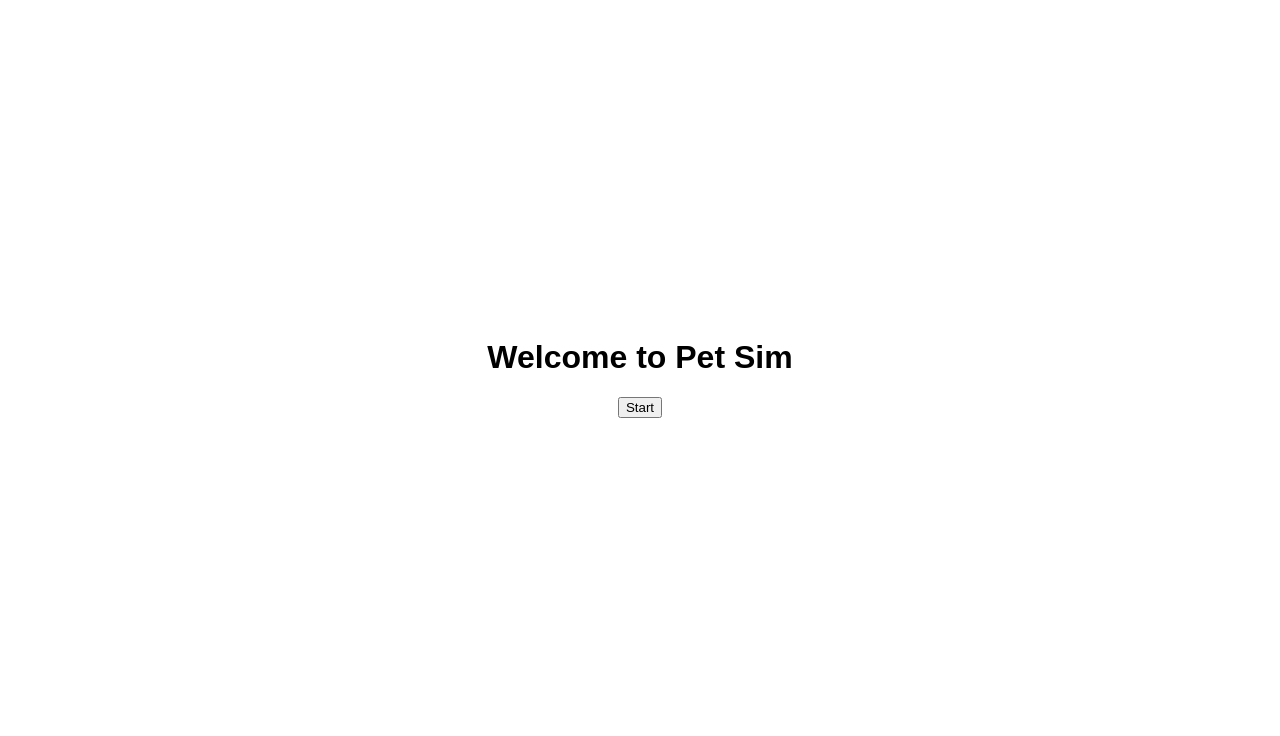
Repository: sarahjx/CapyCare
Page: landingpage.html
An editor plug-in stored every save of this project. The page is shown before and after the next save, followed by the edit.
The browser window is 1280 px wide. The pictures show the whole page.

Above is the page before, as saved 2025-04-18 00:15:27.

### landingpage.html
<!DOCTYPE html>
<html lang="en">
<head>
    <meta charset="UTF-8">
    <meta name="viewport" content="width=device-width, initial-scale=1.0">
    <title></title>
    <link rel="preconnect" href="https://fonts.googleapis.com">
    <link rel="preconnect" href="https://fonts.gstatic.com" crossorigin>
    <link href="https://fonts.googleapis.com/css2?family=Fredoka:wght@300..700&display=swap" rel="stylesheet">
    <link rel="stylesheet" href="styles.css">
</head>
<body>
    <div class="landing-page">
    <h1>Welcome to Pet Sim</h1>
    <button id="start-button">Start</button>
</div>
</body>
</html>

### styles.css
:root {
    --primary-color: #F9D9D9;
    --secondary-color: #D9E7F9;
    --tertiary-color: #FFF1FB;
    --accent-color: #F7EFD7;
    --spacing-xs: 0.5rem;
    --spacing-sm: 0.75rem;
    --spacing-md: 1rem;
    --spacing-lg: 1.5rem;
    --spacing-xl: 2rem;
    --spacing-xxl: 3rem;
    --font-family: 'Fredoka One', sans-serif;
    --font-size-xs: 0.75rem;
    --font-size-sm: 0.875rem;
    --font-size-md: 1rem;
    --font-size-lg: 1.125rem;
    --font-size-xl: 1.25rem;
    --font-size-xxl: 1.5rem;
}

/* landing page */
.landing-page {
    display: flex;
    flex-direction: column;
    align-items: center;
    justify-content: center;
    height: 100vh;
    background-image:
    color: var(--secondary-color);
    font-family: var(--font-family);
}

After the next save:
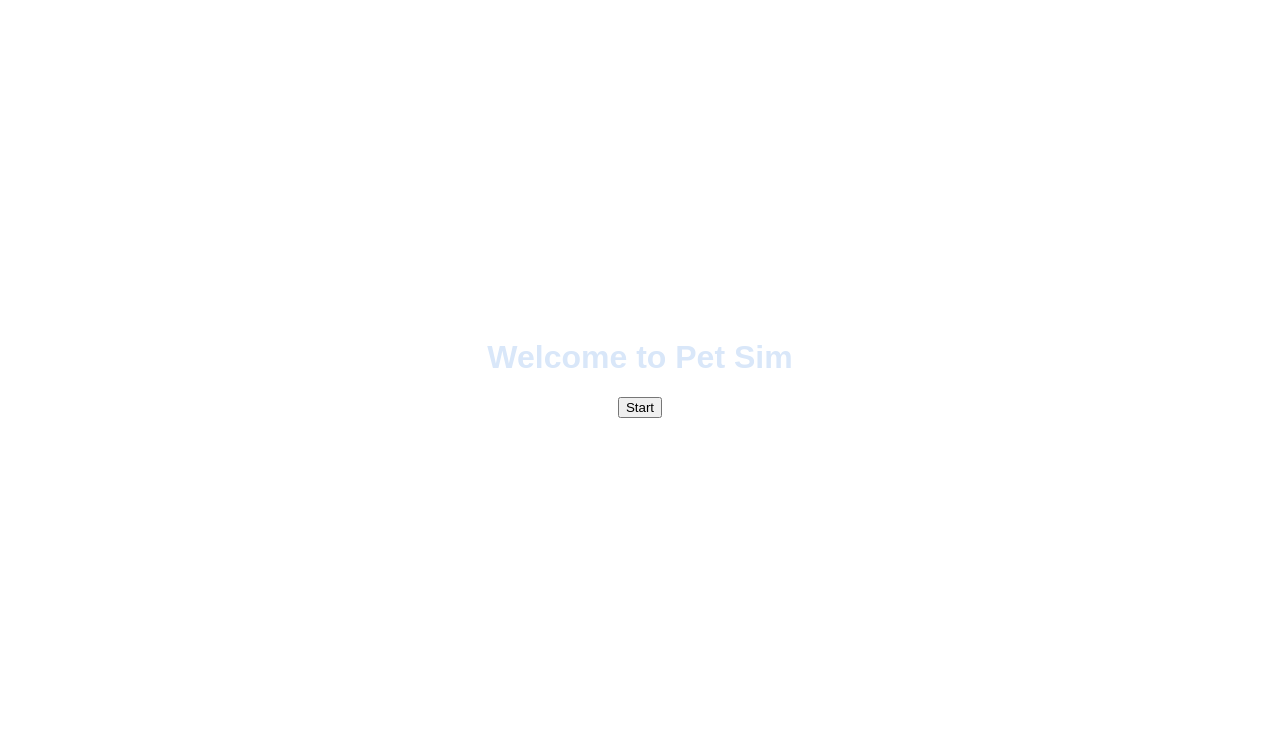
Saved 8 s later.
--- a/styles.css
+++ b/styles.css
@@ -25,7 +25,7 @@
     align-items: center;
     justify-content: center;
     height: 100vh;
-    background-image:
+    background-image: landing-page.jpg;
     color: var(--secondary-color);
     font-family: var(--font-family);
 }

After the 4 saves that followed:
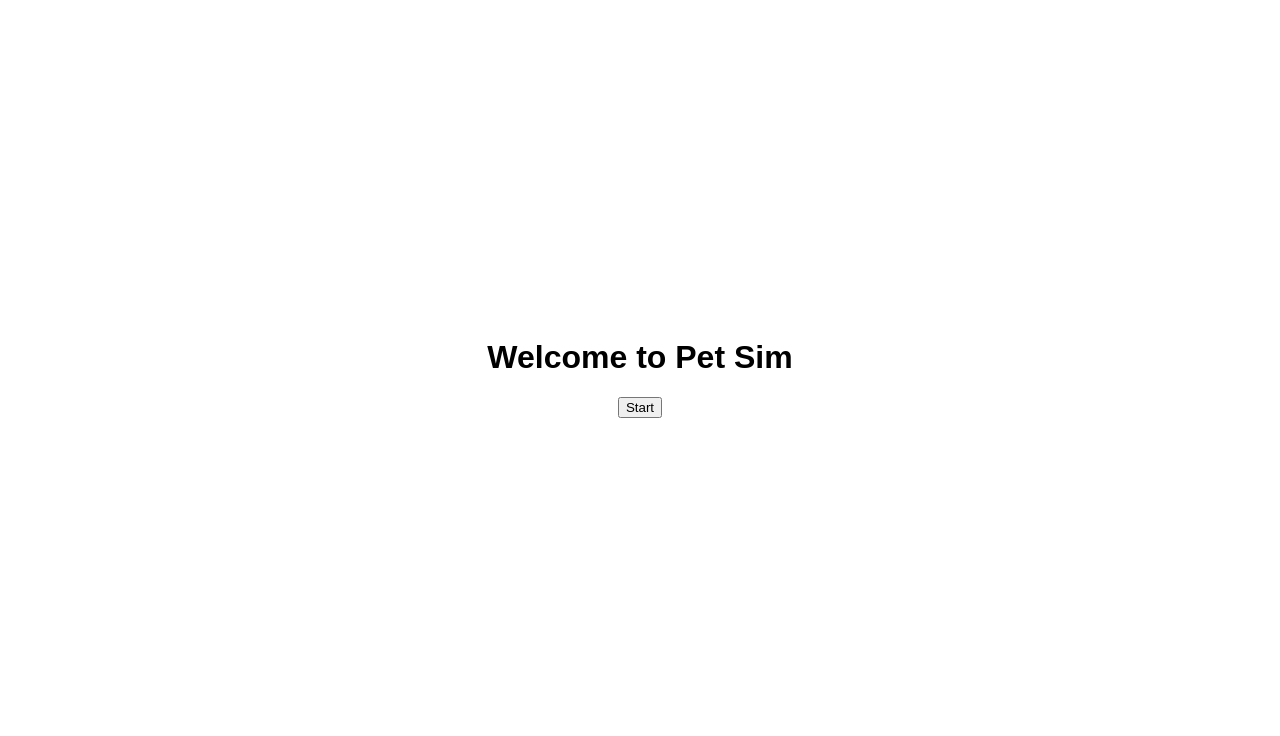
The 4 saves are shown as one change because 1 left the picture as it was and some came seconds apart.
The last was saved 25 s later.
--- a/styles.css
+++ b/styles.css
@@ -25,7 +25,7 @@
     align-items: center;
     justify-content: center;
     height: 100vh;
-    background-image: landing-page.jpg;
+    background
     color: var(--secondary-color);
     font-family: var(--font-family);
 }
